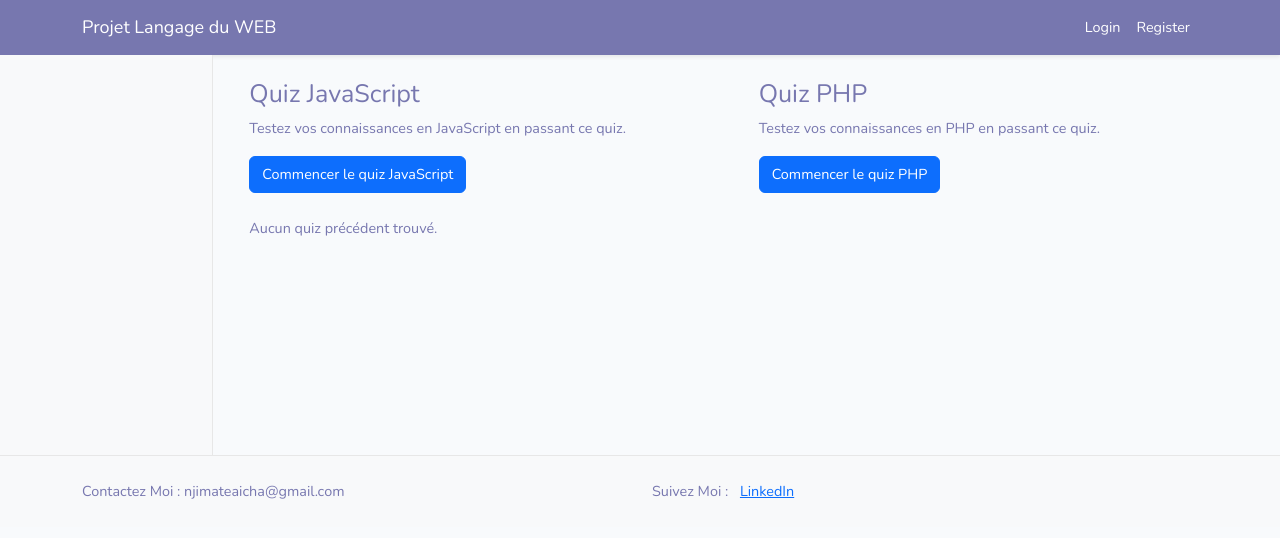
Repository: NjimateAicha/LaravelWeb
Page: http://localhost/Quiz
These files come from the project's save history. The page is drawn as it stood at one moment and after the next save; the edit follows.
The browser window is 1280 px wide. The pictures show the whole page.
Some web libraries are served in a nearby version. The page is served by the project's Laravel application, run on PHP 8.4 with Laravel 9. Other server files are loaded and not shown. Style sheets and scripts are compiled from the project's sources, by tool versions that may differ from the author's. Queries for data that is not in the repository find no rows.

Above is the page before, as saved 2024-05-19 18:21:31.

### routes/web.php
<?php

use App\Http\Controllers\AproposDeMoiController;
use App\Http\Controllers\ChartsController;
use App\Http\Controllers\EtudiantController;
use App\Http\Controllers\formulairesController;
use App\Http\Controllers\ImageController;
use App\Http\Controllers\JsController;
use App\Http\Controllers\MapController;
use App\Http\Controllers\MatriceController;
use App\Http\Controllers\PhpController;
use App\Http\Controllers\ProjetController;
use App\Http\Controllers\QuizController;
use Illuminate\Support\Facades\Auth;
use Illuminate\Support\Facades\Route;

/*
|--------------------------------------------------------------------------
| Web Routes
|--------------------------------------------------------------------------
|
| Here is where you can register web routes for your application. These
| routes are loaded by the RouteServiceProvider within a group which
| contains the "web" middleware group. Now create something great!
|
*/

Route::get('/', function () {
    return view('auth.login');
});


Auth::routes();

Route::get('/home', [App\Http\Controllers\HomeController::class, 'index'])->name('home');

Route::get('/projets', [ProjetController::class, 'index'])->name('projets.index');
Route::get('/aproposDeMoi', [AproposDeMoiController::class, 'index'])->name('aProposDeMoi.index');


/* CRUD Student */
Route::resource('/etudiant' ,EtudiantController::class );
/* CRUD image */
Route::resource('/image' ,ImageController::class );
/* CRUD Maps */
Route::resource('/map' ,MapController::class );
/* CRUD Charts */
Route::resource('/charts' ,ChartsController::class );
/* Matrice */
Route::resource('/matrice' ,MatriceController::class );
/* quiz */
Route::resource('/Quiz' ,QuizController::class );
Route::get('/quiz/javascript', [QuizController::class, 'javascriptQuiz'])->name('quiz.javascript');
Route::post('/quiz/calculateJS', [QuizController::class, 'calculateScoreJS'])->name('quiz.calculateJS');
Route::get('/quiz/php', [QuizController::class, 'phpQuiz'])->name('quiz.php');
Route::post('/quiz/calculatePHP', [QuizController::class, 'calculateScorePHP'])->name('quiz.calculatePHP');

### app/Http/Controllers/QuizController.php
<?php

namespace App\Http\Controllers;

use Illuminate\Support\Facades\Session;
use Illuminate\Http\Request;
use App\Models\Quiz;
use Illuminate\Support\Facades\Auth;

class QuizController extends Controller
{



    public function index()
    {
        $quizzes = Quiz::where('user_id', Auth::id())->get();

         return view('Quiz.index', ['quizzes' => $quizzes]);
    }

    public function javascriptQuiz()
    {
        $questions = [
            [
                'question' => 'Quel est le principal langage de programmation utilisé pour le développement web ?',
                'options' => ['JavaScript', 'Python', 'Java', 'C++'],
                'answer' => 'JavaScript'
            ],
            [
                'question' => 'Quelle méthode est utilisée pour ajouter un élément à la fin d\'un tableau en JavaScript ?',
                'options' => ['push()', 'append()', 'addToEnd()', 'insertAtEnd()'],
                'answer' => 'push()'
            ],
            [
                'question' => 'Quel est le mot-clé utilisé pour déclarer une variable en JavaScript ?',
                'options' => ['var', 'let', 'const', 'tous les choix précédents'],
                'answer' => 'var'
            ],
            [
                'question' => 'Quelle est la fonction utilisée pour convertir une chaîne de caractères en entier en JavaScript ?',
                'options' => ['parseInt()', 'convertToInt()', 'toInteger()', 'stringToInt()'],
                'answer' => 'parseInt()'
            ],
            [
                'question' => 'Quelle est la fonction utilisée pour afficher une boîte de dialogue avec un message en JavaScript ?',
                'options' => ['prompt()', 'messageBox()', 'alert()', 'displayMessage()'],
                'answer' => 'alert()'
            ],
            [
                'question' => 'Comment fait-on une boucle for en JavaScript ?',
                'options' => ['for (condition) { instructions }', 'for (initialisation; condition; itération) { instructions }', 'loop { instructions } while (condition)', 'foreach (élément dans tableau) { instructions }'],
                'answer' => 'for (initialisation; condition; itération) { instructions }'
            ],

        ];
        Session::put('questions', $questions);

        return view('Quiz.js', ['questions' => $questions]);
    }
    public function phpQuiz()
    {
        $questions = [
            [
                'question' => 'Quel est le principal langage de programmation utilisé pour le développement web ?',
                'options' => ['JavaScript', 'Python', 'Java', 'C++'],
                'answer' => 'JavaScript'
            ],
            [
                'question' => 'Quelle méthode est utilisée pour ajouter un élément à la fin d\'un tableau en JavaScript ?',
                'options' => ['push()', 'append()', 'addToEnd()', 'insertAtEnd()'],
                'answer' => 'push()'
            ],
            [
                'question' => 'Quel est le mot-clé utilisé pour déclarer une variable en JavaScript ?',
                'options' => ['var', 'let', 'const', 'tous les choix précédents'],
                'answer' => 'var'
            ],
            [
                'question' => 'Quelle est la fonction utilisée pour convertir une chaîne de caractères en entier en JavaScript ?',
                'options' => ['parseInt()', 'convertToInt()', 'toInteger()', 'stringToInt()'],
                'answer' => 'parseInt()'
            ],
            [
                'question' => 'Quelle est la fonction utilisée pour afficher une boîte de dialogue avec un message en JavaScript ?',
                'options' => ['prompt()', 'messageBox()', 'alert()', 'displayMessage()'],
                'answer' => 'alert()'
            ],
            [
                'question' => 'Comment fait-on une boucle for en JavaScript ?',
                'options' => ['for (condition) { instructions }', 'for (initialisation; condition; itération) { instructions }', 'loop { instructions } while (condition)', 'foreach (élément dans tableau) { instructions }'],
                'answer' => 'for (initialisation; condition; itération) { instructions }'
            ],

        ];
        Session::put('questions', $questions);

        return view('Quiz.php', ['questions' => $questions]);
    }

    public function calculateScoreJS(Request $request)
    {
        // Récupérer les questions depuis la session
        $questions = Session::get('questions');

        $answers = $request->input('answers');
        $score = 0;

        // Calculer la note en comparant les réponses de l'utilisateur avec les réponses correctes
        foreach ($answers as $questionId => $selectedAnswer) {
            // Récupérer la réponse correcte pour la question correspondante
            $correctAnswer = $questions[$questionId]['answer'];

            // Vérifier si la réponse de l'utilisateur est correcte
            if ($selectedAnswer === $correctAnswer) {
                $score++;
            }
        }

        // Enregistrer le score de l'utilisateur dans la base de données
        $quiz = new Quiz();
        $quiz->quiz_type = 'JS';
        $quiz->score = $score;

        // Compter le nombre de fois que l'utilisateur a joué à ce type de quiz
        $playedCount = Quiz::where('quiz_type', 'JS')
                            ->where('user_id', Auth::id())
                            ->count();

        // Incrémenter le nombre de fois joué de 1
        $quiz->played_count = $playedCount + 1;

        $quiz->user_id = Auth::id(); // Récupérer l'ID de l'utilisateur actuellement connecté

        $quiz->save();


        return redirect()->route('Quiz.index');
    }

    public function calculateScorePHP(Request $request)
    {
        // Récupérer les questions depuis la session
        $questions = Session::get('questions');

        $answers = $request->input('answers');
        $score = 0;

        // Calculer la note en comparant les réponses de l'utilisateur avec les réponses correctes
        foreach ($answers as $questionId => $selectedAnswer) {
            // Récupérer la réponse correcte pour la question correspondante
            $correctAnswer = $questions[$questionId]['answer'];

            // Vérifier si la réponse de l'utilisateur est correcte
            if ($selectedAnswer === $correctAnswer) {
                $score++;
            }
        }

        // Enregistrer le score de l'utilisateur dans la base de données
        $quiz = new Quiz();
        $quiz->quiz_type = 'PHP';
        $quiz->score = $score;

        // Compter le nombre de fois que l'utilisateur a joué à ce type de quiz
        $playedCount = Quiz::where('quiz_type', 'PHP')
                            ->where('user_id', Auth::id())
                            ->count();

        // Incrémenter le nombre de fois joué de 1
        $quiz->played_count = $playedCount + 1;

        $quiz->user_id = Auth::id(); // Récupérer l'ID de l'utilisateur actuellement connecté

        $quiz->save();


        return redirect()->route('Quiz.index');
    }

}

### app/Models/Quiz.php
<?php
namespace App\Models;

use Illuminate\Database\Eloquent\Model;

class Quiz extends Model
{
    protected $fillable = [
        'quiz_type', //JS ou PHP
        'score', // Score obtenue
        'played_count',// Pour voir le  nbr de fois joueee
        'user_id',
    ];

    public function user()
    {
        return $this->belongsTo(User::class,'user_id');
    }
}

### resources/views/Quiz/index.blade.php
@extends('layouts.app')

@section('content')
<style>
    p{
        color:#7777af;
    }
    h3{
        color:#7777af;
    }
    .custom-btn {
        color: #fff;
        background-color: #7777af;
        border: none;
    }
    .custom-btn:hover {
        background-color: #555577;
    }
    .card-title {
        color: #7777af;
    }
</style>

<div class="container mt-4"> <!-- Ajout de la classe mt-4 pour un espacement en haut -->
    <div class="row">
        <div class="col-md-6 mb-4"> <!-- Ajout de la classe mb-4 pour un espacement en bas -->
            <div class="input-container" id="quiz1Container">
                <h3>Quiz JavaScript</h3>
                <p>Testez vos connaissances en JavaScript en passant ce quiz.</p>
                <a href="{{ route('quiz.javascript') }}" class="btn btn-primary">Commencer le quiz JavaScript</a>
            </div>
        </div>
        <div class="col-md-6 mb-4"> <!-- Ajout de la classe mb-4 pour un espacement en bas -->
            <div class="input-container" id="quiz2Container">
                <h3>Quiz PHP</h3>
                <p>Testez vos connaissances en PHP en passant ce quiz.</p>
                <a href="{{ route('quiz.php') }}" class="btn btn-primary">Commencer le quiz PHP</a>
            </div>
        </div>
    </div>
</div>

<div class="container">
    @if($quizzes->isNotEmpty())
        <h2 class="mt-4">Détails des quiz précédents :</h2> <!-- Ajout de la classe mt-4 pour un espacement en haut -->
        <table class="table table-striped">
            <thead>
                <tr>
                    <th>Type de quiz</th>
                    <th>Score</th>
                    <th>Nombre de fois joué</th>
                </tr>
            </thead>
            <tbody>
                @foreach ($quizzes as $quiz)
                    <tr>
                        <td>{{ $quiz->quiz_type }}</td>
                        <td>{{ $quiz->score }}</td>
                        <td>{{ $quiz->played_count }}</td>
                    </tr>
                @endforeach
            </tbody>
        </table>
    @else
        <p>Aucun quiz précédent trouvé.</p>
    @endif
</div>

@endsection

### resources/views/layouts/app.blade.php
<!doctype html>
<html lang="{{ str_replace('_', '-', app()->getLocale()) }}">

<head>
    <meta charset="utf-8">
    <meta name="viewport" content="width=device-width, initial-scale=1">

    <!-- CSRF Token -->
    <meta name="csrf-token" content="{{ csrf_token() }}">

    <title>{{ config('app.name', 'Aicha\'s Portfolio') }}</title>

    <!-- Fonts -->
    <link rel="dns-prefetch" href="//fonts.bunny.net">
    <link href="https://fonts.bunny.net/css?family=Nunito" rel="stylesheet">

    <!-- Styles -->
    <link rel="stylesheet" href="https://maxcdn.bootstrapcdn.com/bootstrap/4.5.2/css/bootstrap.min.css">
    <style>

        body {
            font-family: 'Nunito', sans-serif;
        }
        .navbar {
            background-color: #7777af;
        }
        .navbar-brand, .navbar-nav .nav-link {
            color: white !important;
        }
        .sidebar {
            background-color: #f8f9fa;
            border-right: 1px solid #e7e7e7;
        }
        .sidebar .nav-link {
            color: #7777af;
        }
        .sidebar .nav-link:hover {
            color: #7777af;
        }
        .font-weight-bold {
            font-weight: bold !important;
        }
        footer {
            background-color: #f8f9fa;
            border-top: 1px solid #e7e7e7;
            padding: 10px 0;
        }
        footer p {
            margin: 0;
        }
    </style>
    <!-- Scripts -->
    @vite(['resources/sass/app.scss', 'resources/js/app.js'])
</head>

<body>
    <div id="app">
        <nav class="navbar navbar-expand-md navbar-light shadow-sm">
            <div class="container">
                <a class="navbar-brand" href="{{ url('/') }}">
                    Projet Langage du WEB
                </a>
                <button class="navbar-toggler" type="button" data-toggle="collapse" data-target="#navbarSupportedContent" aria-controls="navbarSupportedContent" aria-expanded="false" aria-label="{{ __('Toggle navigation') }}">
                    <span class="navbar-toggler-icon"></span>
                </button>

                <div class="collapse navbar-collapse" id="navbarSupportedContent">
                    <!-- Left Side Of Navbar -->
                    <ul class="navbar-nav me-auto"></ul>

                    <!-- Right Side Of Navbar -->
                    <ul class="navbar-nav ms-auto">
                        <!-- Authentication Links -->
                        @guest
                            @if (Route::has('login'))
                                <li class="nav-item">
                                    <a class="nav-link" href="{{ route('login') }}">{{ __('Login') }}</a>
                                </li>
                            @endif

                            @if (Route::has('register'))
                                <li class="nav-item">
                                    <a class="nav-link" href="{{ route('register') }}">{{ __('Register') }}</a>
                                </li>
                            @endif
                        @else
                            <li class="nav-item dropdown">
                                <a id="navbarDropdown" class="nav-link dropdown-toggle" href="#" role="button" data-toggle="dropdown" aria-haspopup="true" aria-expanded="false" v-pre>
                                    {{ Auth::user()->name }}
                                </a>

                                <div class="dropdown-menu dropdown-menu-right" aria-labelledby="navbarDropdown">
                                    <a class="dropdown-item" href="{{ route('logout') }}"
                                       onclick="event.preventDefault();
                                                     document.getElementById('logout-form').submit();">
                                        {{ __('Logout') }}
                                    </a>

                                    <form id="logout-form" action="{{ route('logout') }}" method="POST" class="d-none">
                                        @csrf
                                    </form>
                                </div>
                            </li>
                        @endguest
                    </ul>
                </div>
            </div>
        </nav>

        <div class="container-fluid">
            <div class="row">
                <nav class="col-md-2 d-none d-md-block sidebar">
                    <div class="position-sticky pt-3" style="height: 400px">
                        <ul class="nav flex-column">
                            @auth
                                <li class="nav-item">
                                    <a class="nav-link active font-weight-bold" aria-current="page" href="{{ route('aProposDeMoi.index') }}">À propos de moi</a>
                                </li>
                                <li class="nav-item">
                                    <a class="nav-link font-weight-bold" href="{{ route('projets.index') }}">Mes Projets</a>
                                </li>
                            @endauth
                        </ul>
                    </div>
                </nav>
                <main class="col-md-9 ms-sm-auto col-lg-10 px-md-4">
                    @yield('content')
                </main>
            </div>
        </div>

        <footer class="bg-light py-4">
            <div class="container">
                <div class="row justify-content-between">
                    <div class="col-md-6">
                        <p class="d-inline">Contactez Moi : <span style="color: #7777af;">njimateaicha@gmail.com</span></p>
                    </div>
                    <div class="col-md-6">
                        <p class="d-inline-block me-2 mb-0">Suivez Moi :</p>
                        <a href="https://www.linkedin.com/" class="text-blue-500 hover:text-7777af-700 d-inline-block" target="_blank">LinkedIn</a>
                    </div>
                </div>
            </div>
        </footer>
    </div>

    <!-- Bootstrap JS and dependencies -->
    <script src="https://code.jquery.com/jquery-3.5.1.slim.min.js"></script>
    <script src="https://cdn.jsdelivr.net/npm/@popperjs/core@2.5.4/dist/umd/popper.min.js"></script>
    <script src="https://maxcdn.bootstrapcdn.com/bootstrap/4.5.2/js/bootstrap.min.js"></script>
</body>

</html>

Loaded but not shown: app/Http/Controllers/Auth/ConfirmPasswordController.php (common file); app/Http/Controllers/Controller.php (common file); resources/sass/app.scss (common file); resources/sass/_variables.scss (common file)

After the next save:
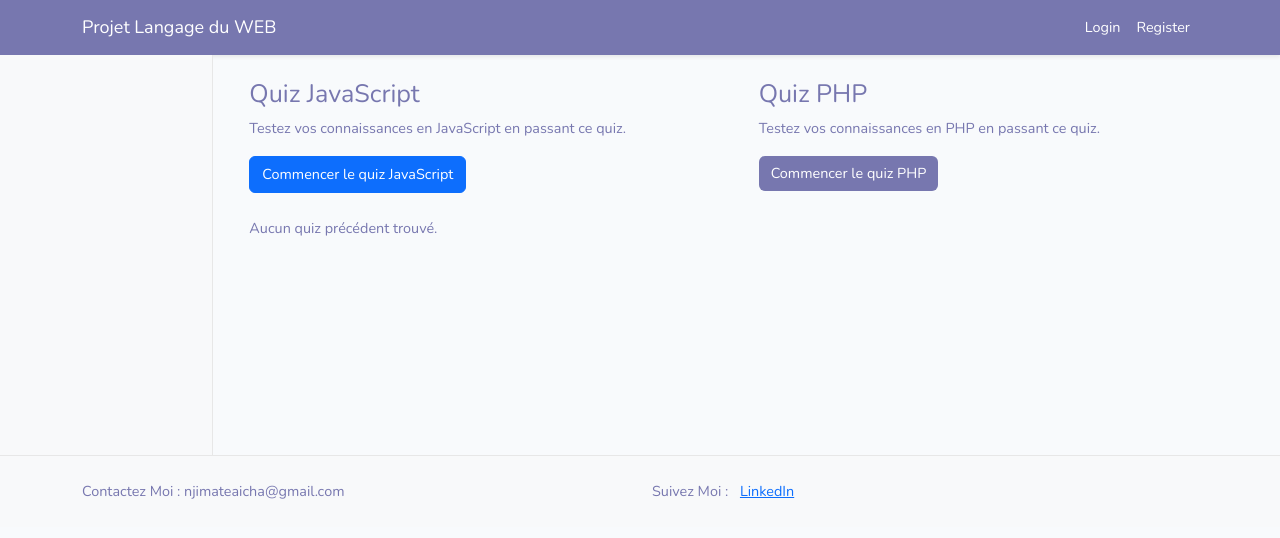
Saved 13 s later.
--- a/resources/views/Quiz/index.blade.php
+++ b/resources/views/Quiz/index.blade.php
@@ -34,7 +34,7 @@
             <div class="input-container" id="quiz2Container">
                 <h3>Quiz PHP</h3>
                 <p>Testez vos connaissances en PHP en passant ce quiz.</p>
-                <a href="{{ route('quiz.php') }}" class="btn btn-primary">Commencer le quiz PHP</a>
+                <a href="{{ route('quiz.php') }}" class="btn custom-btn ">Commencer le quiz PHP</a>
             </div>
         </div>
     </div>
